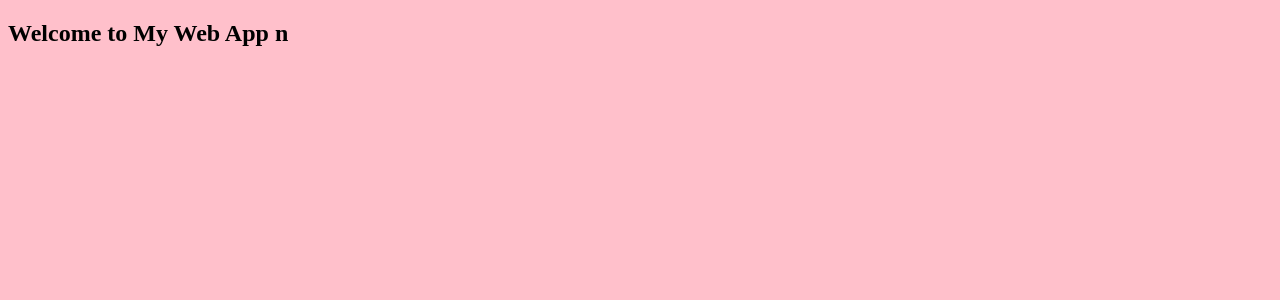
Repository: shashwat13mishra/javatraining
Page: mywebapp/src/main/webapp/index.html
The author's editor kept a copy of each file at every save. The page is drawn from the files as they stood at one save, then again after the next save.
The browser window is 1280 px wide. The pictures show the whole page.

Above is the page before, as saved 2019-07-16 05:15:13.

### mywebapp/src/main/webapp/index.html
<!DOCTYPE html>
<html>
<head>
<meta charset="UTF-8">
<title>Insert title here</title>
</head>
<body bgcolor="pink">

<h2>Welcome to My Web App n</h2>

<a href=></a>


</body>
</html>

After the next save:
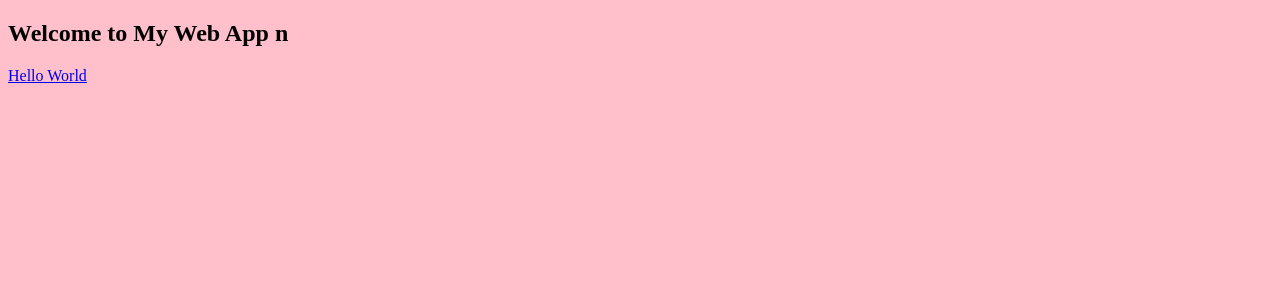
Saved 89 s later.
--- a/mywebapp/src/main/webapp/index.html
+++ b/mywebapp/src/main/webapp/index.html
@@ -8,7 +8,7 @@
 
 <h2>Welcome to My Web App n</h2>
 
-<a href=></a>
+<a href=hello>Hello World</a> <br>
 
 
 </body>
